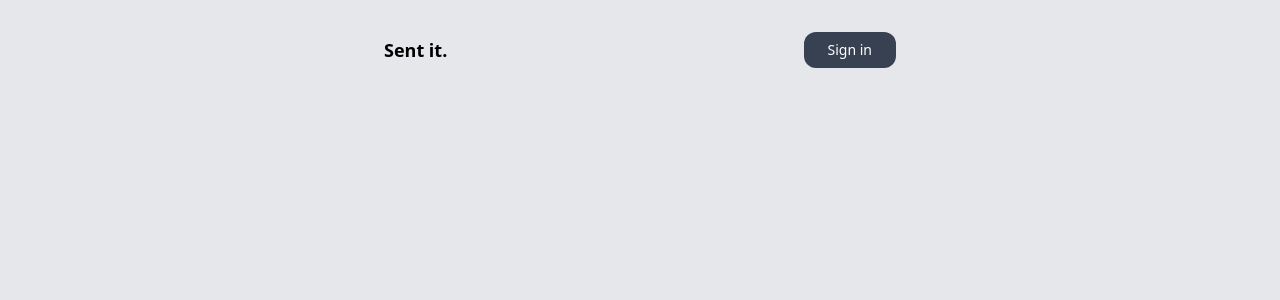
Repository: Saadelfadil/Nextjs_fullstack_app
Page: /
The author's editor kept a copy of each file at every save. The page is drawn from the files as they stood at one save, then again after the next save.
The browser window is 1280 px wide. The pictures show the whole page.
The page's requests for data from a server got no answer. The project was rebuilt for these pictures with package versions that can differ from the ones it lists, and the page was loaded fresh each time. The framework's server and built-in components were replaced by stand-ins that run in the browser. No one was signed in, and anything a server would have sent is missing. Also part of the build but not shown: next.config.js, app/auth/Logged.tsx.

Above is the page before, as saved 2023-02-24 18:24:03.

After the next save:
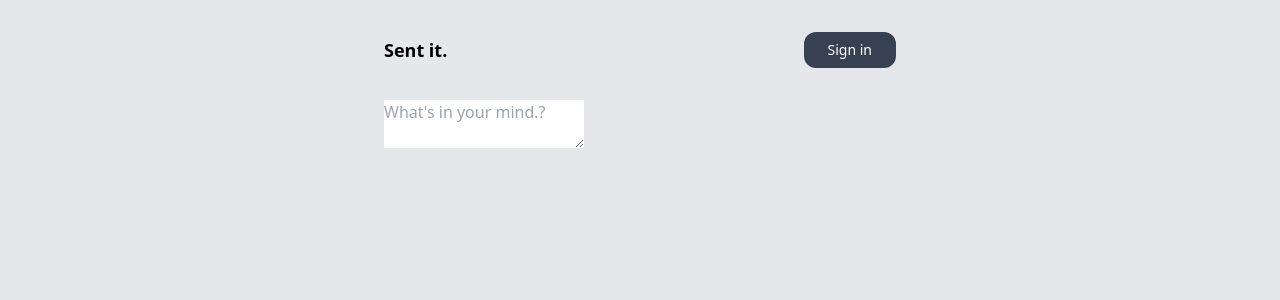
Saved 4 s later.
--- a/app/page.tsx
+++ b/app/page.tsx
@@ -3,6 +3,7 @@ import AddPost from "./components/AddPost"
 export default function Home() {
   return (
     <main>
+      <AddPost />
     </main>
   )
 }
